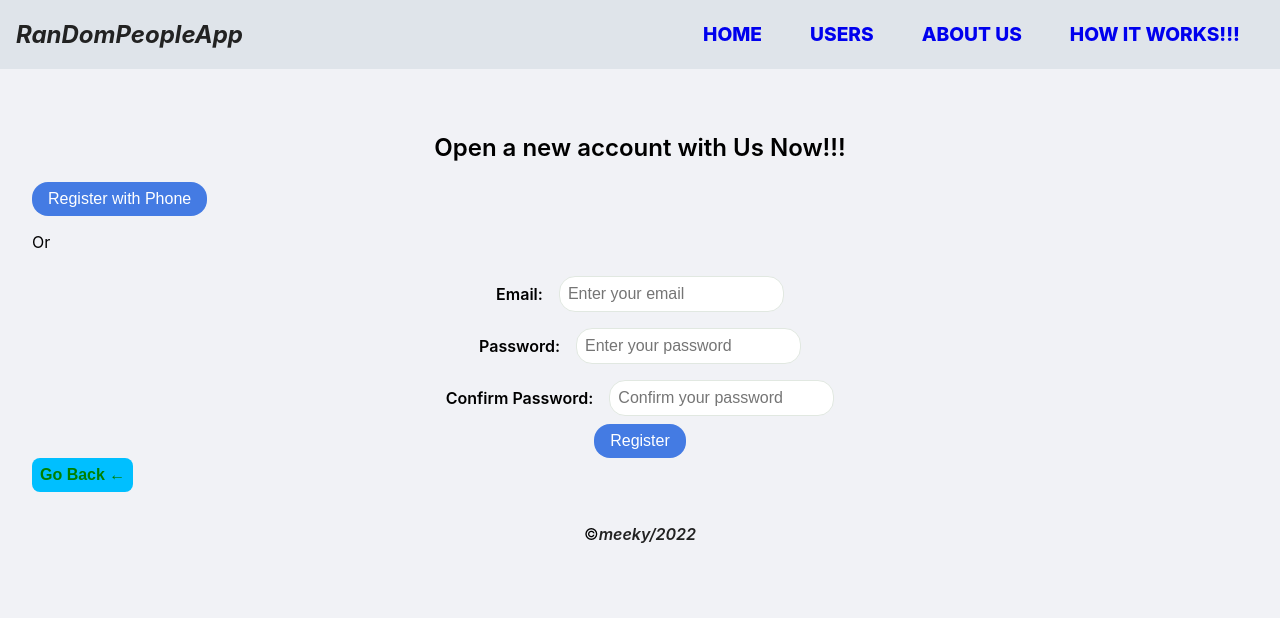
Repository: MikkyPrestige/RandomProfiles
Page: /register
These files come from the project's save history. The page is drawn as it stood at one moment and after the next save; the edit follows.
The browser window is 1280 px wide. The pictures show the whole page.
The page's requests for data from a server got no answer. The project was rebuilt for these pictures with package versions that can differ from the ones it lists, and the page was loaded fresh each time. Some packages were replaced by stand-ins written for this rebuild. No one was signed in, and anything a server would have sent is missing. Also part of the build but not shown: src/assets/styles/home.css, src/components/home.jsx, src/assets/styles/users.css, src/components/users.jsx, src/assets/styles/search.css, src/components/search.jsx, src/assets/styles/help.css, src/components/help.jsx and 9 more.

Above is the page before, as saved 2022-12-06 01:04:40.

### public/index.html
<!DOCTYPE html>
<html lang="en">

<head>
  <meta charset="utf-8" />
  <link rel="icon" href="%PUBLIC_URL%/favicon.ico" />
  <meta name="viewport" content="width=device-width, initial-scale=1" />
  <meta name="theme-color" content="#000000" />
  <meta name="description" content="Web site created using create-react-app" />
  <link rel="apple-touch-icon" href="%PUBLIC_URL%/logo192.png" />
  <!--
      manifest.json provides metadata used when your web app is installed on a
      user's mobile device or desktop. See https://developers.google.com/web/fundamentals/web-app-manifest/
    -->
  <link rel="manifest" href="%PUBLIC_URL%/manifest.json" />
  <!--
      Notice the use of %PUBLIC_URL% in the tags above.
      It will be replaced with the URL of the `public` folder during the build.
      Only files inside the `public` folder can be referenced from the HTML.

      Unlike "/favicon.ico" or "favicon.ico", "%PUBLIC_URL%/favicon.ico" will
      work correctly both with client-side routing and a non-root public URL.
      Learn how to configure a non-root public URL by running `npm run build`.
    -->
  <title>AltSchool Assignment 2</title>
</head>

<body>
  <noscript>You need to enable JavaScript to run this app.</noscript>
  <div id="root"></div>
  <!--
      This HTML file is a template.
      If you open it directly in the browser, you will see an empty page.

      You can add webfonts, meta tags, or analytics to this file.
      The build step will place the bundled scripts into the <body> tag.

      To begin the development, run `npm start` or `yarn start`.
      To create a production bundle, use `npm run build` or `yarn build`.
    -->
</body>

</html>

### src/index.css
body {
  margin: 0;
  font-family: -apple-system, BlinkMacSystemFont, 'Segoe UI', 'Roboto', 'Oxygen',
    'Ubuntu', 'Cantarell', 'Fira Sans', 'Droid Sans', 'Helvetica Neue',
    sans-serif;
  -webkit-font-smoothing: antialiased;
  -moz-osx-font-smoothing: grayscale;
  background-color: #f1f2f6;
}

code {
  font-family: source-code-pro, Menlo, Monaco, Consolas, 'Courier New',
    monospace;
}

### src/App.jsx
import * as React from "react";
import { ErrorBoundary } from "react-error-boundary";
import { Route, Routes } from "react-router-dom";
import {
  Layout,
  Home,
  Users,
  Search,
  Help,
  About,
  Error,
  ErrorFallBack,
  Profile,
  ProfileDisplay,
  Register,
  UpdatePassword,
  Footer,
} from "./components";

const App = () => {
  return (
    <div className="App">
      <main>
        <ErrorBoundary FallbackComponent={ErrorFallBack}>
          <Layout />
          <Routes>
            <Route path="/" element={<Home />} />
            <Route path="users">
              <Route index element={<Users />} />
              <Route path=":id" element={<Search />} />
            </Route>
            <Route path="profile" element={<Profile />} />
            <Route path="profileDisplay" element={<ProfileDisplay />} />
            <Route path="register" element={<Register />} />
            <Route path="update" element={<UpdatePassword />} />
            <Route path="help" element={<Help />} />
            <Route path="about" element={<About />} />
            <Route path="*" element={<Error />} />
          </Routes>
        </ErrorBoundary>
        <Footer />
      </main>
    </div>
  );
};

export default App;

### src/components/index.js
export {  Layout, Back } from "./layout";
export { default as Home } from "./home";
export { default as Users } from "./users";
export { default as Search } from "./search";
export { default as Help } from "./help";
export { default as About } from "./about";
export { default as Error } from "./error";
export { default as ErrorFallBack } from "./errorFallback";
export { default as Profile } from "./profile";
export { default as ProfileDisplay } from "./profileDisplay";
export { default as Register } from "./register";
export { default as UpdatePassword } from "./update";
export { Footer } from "./avatar";

### src/components/layout.jsx
// LAYOUT COMPONENT - This component is for the App Layout that displays the Navigation bar in the app UI to the user when app is open

import { useState } from "react";
import { NavLink } from "react-router-dom";
import "../assets/styles/layout.css";

const CustomNavLink = ({ to, ...props }) => {
  let activeStyle = {
    textDecoration: 'underline',
    color: 'red',
  };

  return (
    <NavLink
      style={({ isActive }) =>
        isActive ? activeStyle : { textDecoration: 'none' }
      }
      to={to}
      end
      {...props}
    />
  );
};


const Layout = () => {

  return (
    <nav className="layout">
      <div className="app-header">
        <h1>RanDomPeopleApp</h1>
      </div>
      <div className="nav__items">
        <CustomNavLink to="/" className="nav__item">Home</CustomNavLink>
        <CustomNavLink to="profile" className="nav__item">Users</CustomNavLink>
        <CustomNavLink to="about" className="nav__item">About us</CustomNavLink>
        <CustomNavLink to="help" className="nav__item">How it works!!!</CustomNavLink>
      </div>
    </nav>
  );
}

//  Navigate back home button
const Back = () => {
  const [isHover, setIsHover] = useState(false);

  const handleMouseEnter = () => {
    setIsHover(true);
 };

  const handleMouseLeave = () => {
    setIsHover(false);
  };

  const style = {
      border: "none",
      borderRadius: ".5rem",
      padding: " .5rem",
      fontSize: "1rem",
      fontWeight: "600",
      cursor: "pointer",
      backgroundColor: isHover ? 'lightblue' : 'rgb(0, 191, 255)',
      color: isHover ? '#f00' : 'green',
    }

  return(
  <NavLink
    to="/"
    className="back__button"
  >
    <button style={style}
      onMouseEnter={handleMouseEnter}
      onMouseLeave={handleMouseLeave}
    >Go Back ← </button>
  </NavLink>
  );
};

export { Layout, Back };

### src/components/register.jsx
import {
  auth,
  onAuthStateChanged,
  createUserWithEmailAndPassword,
  RecaptchaVerifier,
  signInWithPhoneNumber,
} from "../config";
import { useEffect, useState } from "react";
import { useNavigate } from "react-router-dom";
import "../assets/styles/profile.css";
import { Back } from "./layout";

const Register = () => {
  const [user, setUser] = useState(null);
  const [email, setEmail] = useState("");
  const [password, setPassword] = useState("");
  const [confirmPassword, setConfirmPassword] = useState("");
  const [error, setError] = useState("");

  const navigate = useNavigate();

  useEffect(() => {
    onAuthStateChanged(auth, (user) => {
      if (user) {
        navigate("/profileDisplay");
      } else {
        setUser(null);
      }
    });
  }, [navigate]);

  const handleRegister = (e) => {
    e.preventDefault();
    createUserWithEmailAndPassword(auth, email, password, confirmPassword)
      .then(() => {
        // Signed in
        console.log("User account created & signed in!");
      })
      .catch((error) => {
        if (error.code === "auth/email-already-in-use") {
          setError("This email address is already in use!");
        }
        if (error.code === "auth/invalid-email") {
          setError("This email address is invalid!");
        }
        if (error.code === "auth/weak-password") {
          setError("Password should be at least 6 characters");
        }
        if (confirmPassword !== password) {
          setError("Passwords do not match!");
        }
        console.error(error);
      });
  };

// RecaptchaVerifier
  // const recaptchaVerifier = new  RecaptchaVerifier("recaptcha-container", {
  //   "size": "normal",
  //   "callback": (response) => {
  //     // reCAPTCHA solved, allow signInWithPhoneNumber.
  //     // ...
  //   }
  // }, auth);

  const handlePhoneRegister = (e) => {
    e.preventDefault();
    const phoneNumber = "+254700000000";
    // const appVerifier = recaptchaVerifier;
    signInWithPhoneNumber(auth, phoneNumber)
      .then((confirmationResult) => {
        // SMS sent. Prompt user to type the code from the message, then sign the
        // user in with confirmationResult.confirm(code).
        const code = window.prompt("Enter OTP");
        confirmationResult.confirm(code).then((result) => {
          // User signed in successfully.
          const user = result.user;
          setUser(user);
          console.log(user);
          // ...
        }).catch((error) => {
          // User couldn't sign in (bad verification code?)
          // ...
        });
      }).catch((error) => {
        // Error; SMS not sent
        // ...
      });
  };


  return (
    <div className="register">
      <div className="register__container">
        <h2 className="register__title">Open a new account with Us Now!!!</h2>
        <div id="recaptcha-container"></div>
        <button onClick={handlePhoneRegister} className="sign__btn">
          Register with Phone
        </button>
        <p className="register__text">Or</p>
        <form onSubmit={handleRegister} className="register__form">
          <div className="register__group">
            <label htmlFor="email" className="register__label">
              Email:
            </label>
            <input
              type="email"
              name="email"
              value={email}
              placeholder="Enter your email"
              onChange={(e) => setEmail(e.target.value)}
              className="register__input"
            />
          </div>
          <div className="register__group">
            <label htmlFor="password" className="register__label">
              Password:
            </label>
            <input
              type="password"
              name="password"
              placeholder="Enter your password"
              value={password}
              onChange={(e) => setPassword(e.target.value)}
              className="register__input"
            />
          </div>
          <div className="register__group">
            <label htmlFor="confirmPassword" className="register__label">
              Confirm Password:
            </label>
            <input
              type="password"
              name="confirmPassword"
              placeholder="Confirm your password"
              value={confirmPassword}
              onChange={(e) => setConfirmPassword(e.target.value)}
              className="register__input"
            />
          </div>
          {error && <p className="error">{error}</p>}
          <button type="submit" className="sign__btn">
            Register
          </button>
        </form>
      </div>
      <Back />
    </div>
  );
};

export default Register;

### src/components/avatar.jsx
// AVATAR COMPONENT - This component is for the Images used in the app.

import "../assets/styles/layout.css";

export const Avatar = ({ image = "", alt = "", style = {} }) => {
  return (
    <div className="avatar">
      <img src={image} alt={alt} style={style} />
    </div>
  );
};

// FOOTER COMPONENT - for the attribution

export const Footer = () => {
  return (
    <div className="attribution">
      <footer>
        &copy;
        <a
          href="https://github.com/MeekyBerry"
          target="_blank"
          rel="noreferrer"
          className="footer"
        >
          meeky/2022
        </a>
      </footer>
    </div>
  );
};

### src/assets/styles/layout.css
.layout {
  background-color: #dfe4ea;
  padding: 0rem 1rem;
  color: #222;
  display: flex;
  align-items: center;
  justify-content: space-between;
}

.app-header {
  font-style: italic;
}

.nav__items {
  display: flex;
  align-items: center;
  list-style: none;
  flex-wrap: wrap;
}

.nav__item {
  font-size: 1.2rem;
  font-weight: 800;
  padding: 1rem 1.5rem;
  text-transform: uppercase;
}

.attribution {
  text-align: center;
}

.footer {
  color: #222;
  text-decoration: none;
  cursor: pointer;
  font-style: italic;
  font-weight: 600;
}

### src/config/index.js
// Import the functions you need from the SDKs you need
import { initializeApp } from "firebase/app";
import {
  getAuth,
  signInWithRedirect,
  GoogleAuthProvider,
  getRedirectResult,
  onAuthStateChanged,
  createUserWithEmailAndPassword,
  RecaptchaVerifier,
  signInWithPhoneNumber,
  signInWithEmailAndPassword,
  sendPasswordResetEmail,
  updatePassword,
  signOut,
  deleteUser,
} from "firebase/auth";

// web app's Firebase configuration
const firebaseConfig = {
  apiKey: "AIzaSyCfrfw6chi091bWLqJvanxAUTxgJ5XqEu0",
  authDomain: "random-people-app.firebaseapp.com",
  projectId: "random-people-app",
  storageBucket: "random-people-app.appspot.com",
  messagingSenderId: "1097586453252",
  appId: "1:1097586453252:web:4575afe7663a752ae77e51",
};

// Initialize Firebase
const app = initializeApp(firebaseConfig);
// Setup Google auth provider
const provider = new GoogleAuthProvider();

const auth = getAuth();
auth.languageCode = "it";

export {
  app,
  provider,
  auth,
  signInWithRedirect,
  getRedirectResult,
  onAuthStateChanged,
  createUserWithEmailAndPassword,
  RecaptchaVerifier,
  signInWithPhoneNumber,
  signInWithEmailAndPassword,
  sendPasswordResetEmail,
  updatePassword,
  signOut,
  deleteUser,
};

### src/assets/styles/profile.css
.profile {
  padding: 2rem;
  height: 100%;
}

.or {
  font-size: 1.5rem;
  color: #7fffd4;
  font-weight: bold;
  margin: 1rem 0;
}

.profile__container {
  display: flex;
  flex-direction: column;
  align-items: center;
  justify-content: center;
}

.profile__desc {
  text-align: center;
  max-width: 500px;
  width: 100%;
}

.profile__user {
  background-color: #fff;
  border: 2px solid #e1e8e1;
  border-radius: 1rem;
  box-shadow: 0 0 1rem rgba(0, 0, 0, 0.3);
  padding: 1rem 0;
}

.profile__title {
  font-size: 2rem;
  font-weight: 600;
  font-style: oblique;
}

.profile__paragraph {
  margin: 2rem 0;
}

.profile__detail {
  font-size: 1.2rem;
  font-weight: 400;
}

.profile__link {
  font-size: 1.2rem;
  font-weight: 600;
  background-color: #0651dd;
  color: #f1f2f6;
  padding: 0.4rem;
  border-radius: 0.5rem;
  text-decoration: none;
}

.profile__link:hover {
  background-color: #1550bd;
  color: #fff;
  text-decoration: underline;
}

.profile__buttons {
  display: flex;
  flex-direction: column;
  align-items: center;
  gap: .5rem;
}

.btn__wrapper {
  display: flex;
  justify-content: center;
  align-items: center;
  gap: 5rem;
  margin-top: .5rem;
}

.btn__link {
  font-size: 1.3rem;
  font-weight: 600;
  color: green;
  text-decoration: none;
}

.btn__link:hover {
  text-decoration: underline;
}

.btn {
  background-color: #e1e8e1;
  color: red;
  border: none;
  border-radius: 1rem;
  padding: .5rem;
  font-size: 1rem;
  cursor: pointer;
}

.btn:hover {
  background-color: #d1d8d1;
  color: #0651ddbb;
}

.btn:active {
  background-color: #c1c8c1;
  color: #0651ddbb;
}

.sign__btn {
  background-color: #0651ddbb;
  color: #fff;
  border: none;
  border-radius: 1rem;
  padding: .5rem 1rem;
  font-size: 1rem;
  cursor: pointer;
}

.sign__btn:hover {
  background-color: #0651dd;
  color: #fff;
}

.sign__btn:active {
  background-color: #0651dd;
  color: #fff;
}

.sign__heading {
  font-size: 1.2rem;
  font-weight: 600;
  text-align: center;
  margin-bottom: 1rem;
}

.sign__form {
  display: flex;
  flex-direction: column;
  justify-content: center;
  align-items: center;
}

.sign__label {
  font-size: 1rem;
  font-weight: 600;
  margin-bottom: .5rem;
}

.sign__input {
  border: 1px solid #e1e8e1;
  border-radius: 1rem;
  padding: .5rem;
  font-size: 1rem;
  margin-bottom: 1rem;
}

.sign__input:focus {
  outline: none;
}

.register {
  padding: 2rem;
  height: 100%;
}

.register__container {
  margin-top: 2rem;
  /* border-top: 1px solid #ccc; */
}

.register__title {
  font-size: 1.5rem;
  font-weight: 600;
  text-align: center;
}

.register__form {
  display: flex;
  flex-direction: column;
  justify-content: center;
  align-items: center;
}

.register__group {
  display: flex;
  justify-content: center;
  align-items: center;
  gap: 1rem;
  margin: .5rem;
}

.register__label {
  font-size: 1rem;
  font-weight: 600;
}

.register__input {
  border: 1px solid #e1e8e1;
  border-radius: 1rem;
  padding: .5rem;
  font-size: 1rem;
}

.register__input:focus {
  outline: none;
}

.error {
  color: red;
  font-size: 1rem;
  font-weight: 600;
  margin-top: -.5rem;
}

Loaded but not shown: src/index.js (common file)

After the next save:
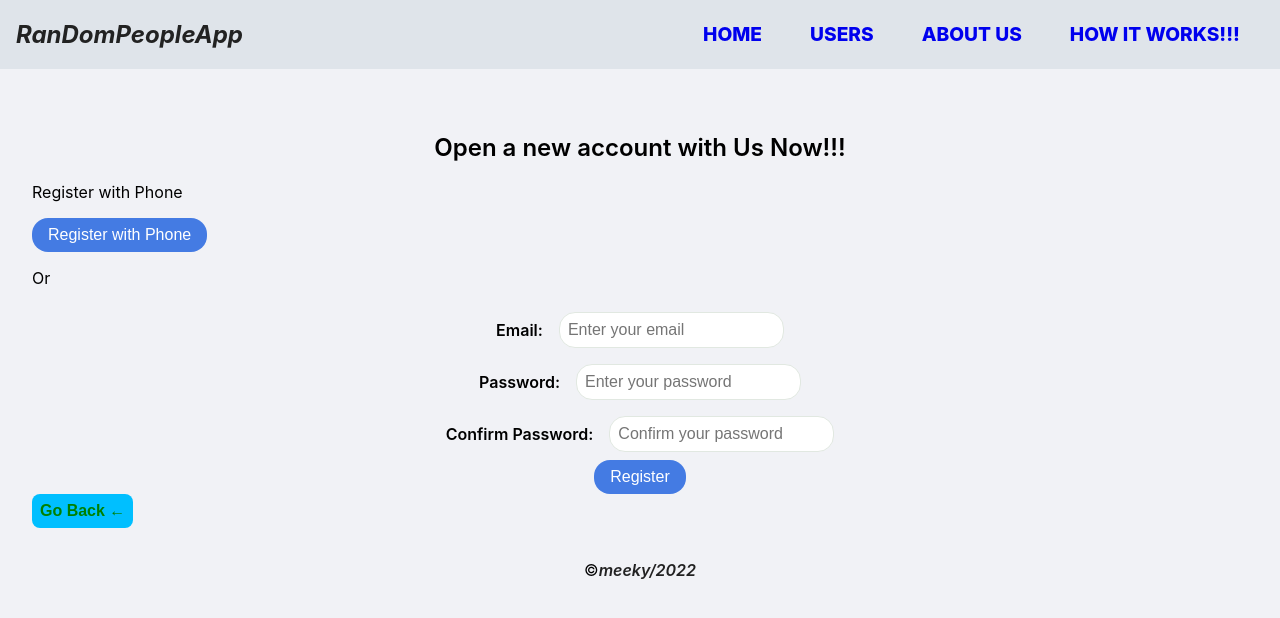
Saved 90 s later.
--- a/src/components/register.jsx
+++ b/src/components/register.jsx
@@ -92,6 +92,7 @@ const Register = () => {
     <div className="register">
       <div className="register__container">
         <h2 className="register__title">Open a new account with Us Now!!!</h2>
+        <p className="register__text">Register with Phone</p>
         <div id="recaptcha-container"></div>
         <button onClick={handlePhoneRegister} className="sign__btn">
           Register with Phone

After the save that followed:
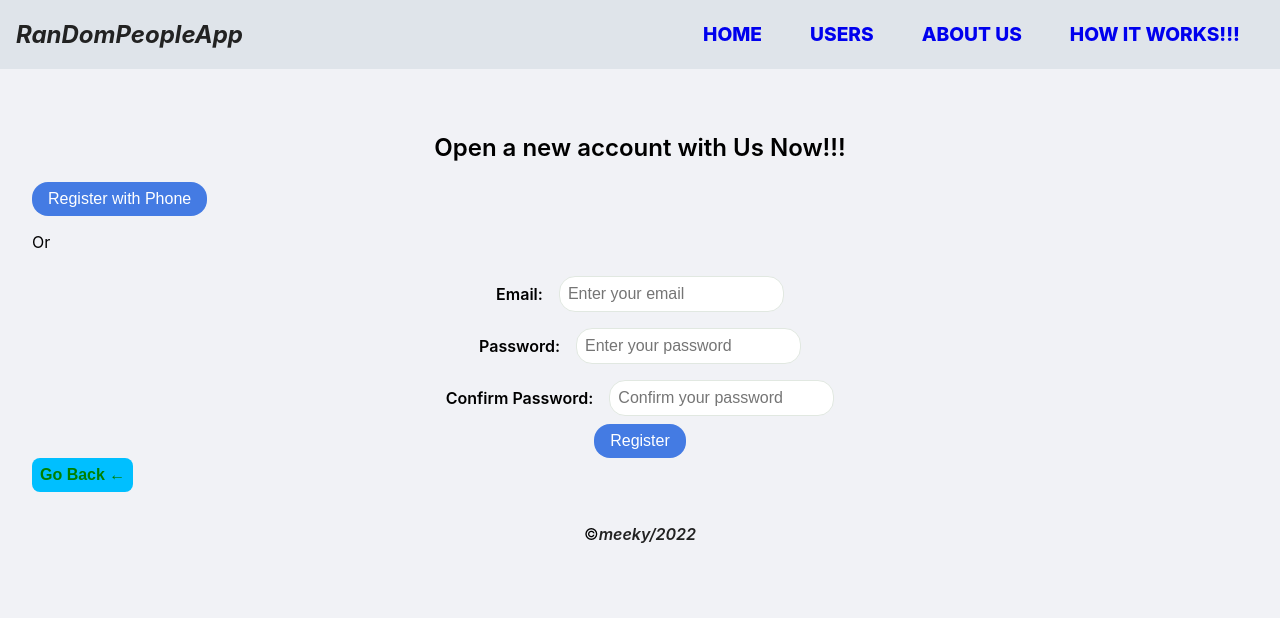
Saved 38 s later.
--- a/src/components/register.jsx
+++ b/src/components/register.jsx
@@ -92,12 +92,13 @@ const Register = () => {
     <div className="register">
       <div className="register__container">
         <h2 className="register__title">Open a new account with Us Now!!!</h2>
-        <p className="register__text">Register with Phone</p>
+        <div className="register__phone">
         <div id="recaptcha-container"></div>
         <button onClick={handlePhoneRegister} className="sign__btn">
           Register with Phone
         </button>
         <p className="register__text">Or</p>
+        </div>
         <form onSubmit={handleRegister} className="register__form">
           <div className="register__group">
             <label htmlFor="email" className="register__label">
